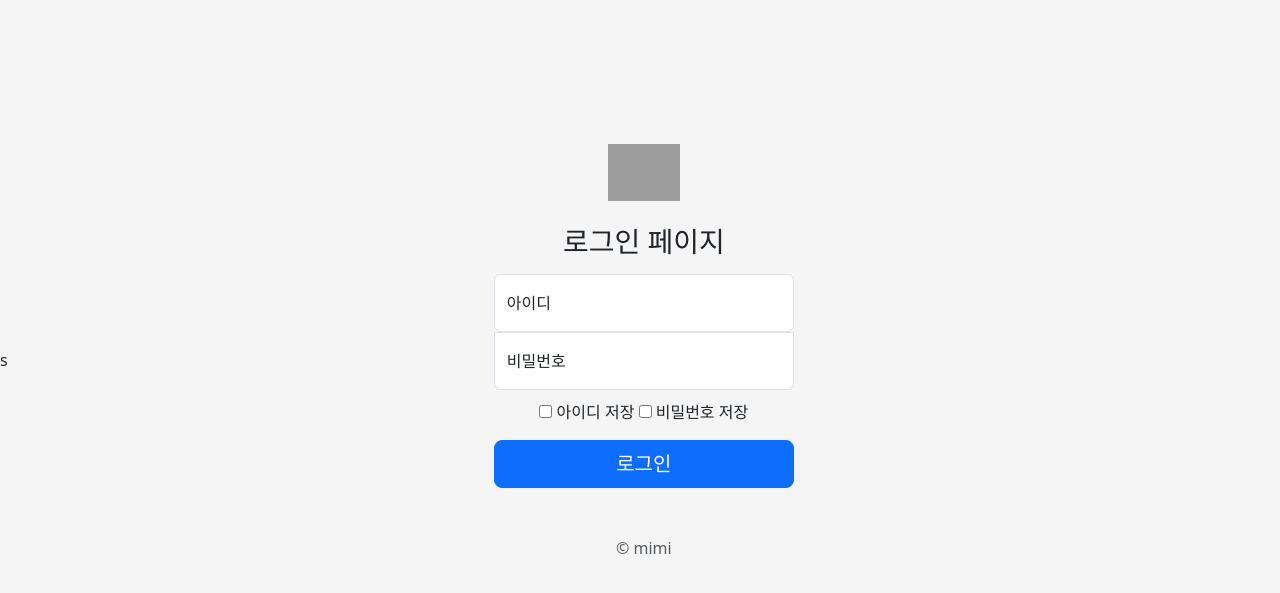
Repository: cheez0909/JSP
Page: http://localhost/1103/session/ServletEX/loginForm.jsp
An editor plug-in stored every save of this project. The page is shown before and after the next save, followed by the edit.
The browser window is 1280 px wide. The pictures show the whole page.
Pictures or frames that could not be fetched are drawn as grey boxes. The page is served by Tomcat 9.

Above is the page before, as saved 2023-11-09 00:54:58.

After the next save:
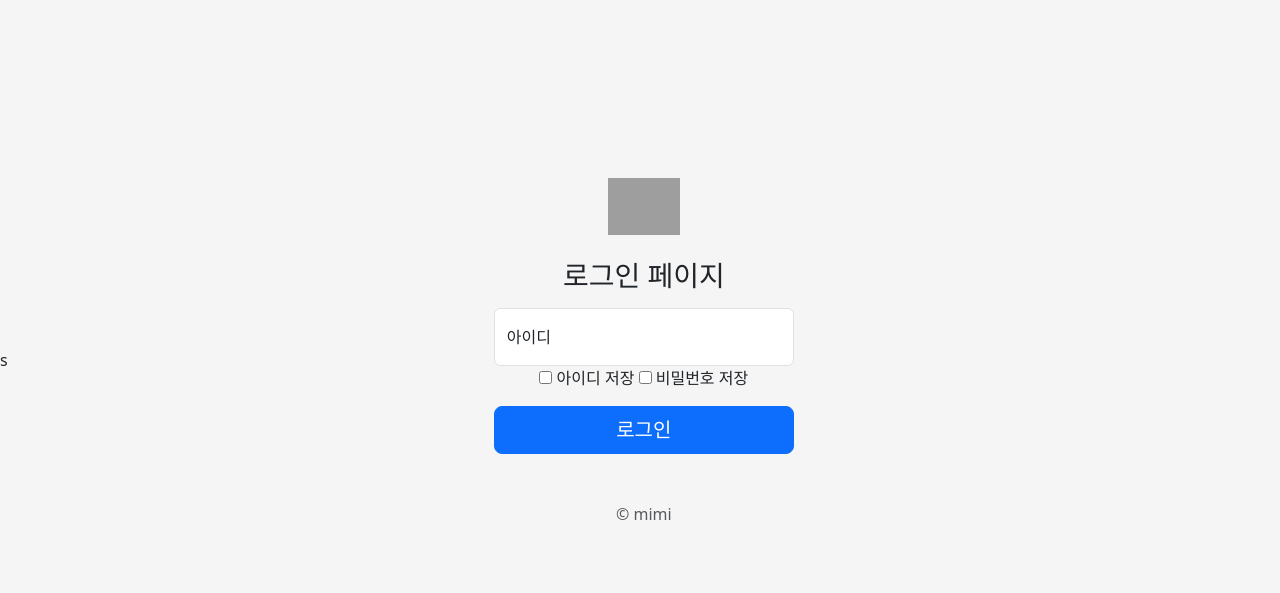
Saved 42 s later.
--- a/1103/src/main/webapp/session/ServletEX/loginForm.jsp
+++ b/1103/src/main/webapp/session/ServletEX/loginForm.jsp
@@ -71,10 +71,7 @@
             <label for="id">아이디</label>
          </div>
 
-         <div class="form-floating">
-            <input type="password" class="form-control" id="pwd" placeholder="Password" name="pw">
-            <label for="pwd">비밀번호</label>
-         </div>
+
 
          <div class="checkbox mb-3">
             <label>

After the save that followed:
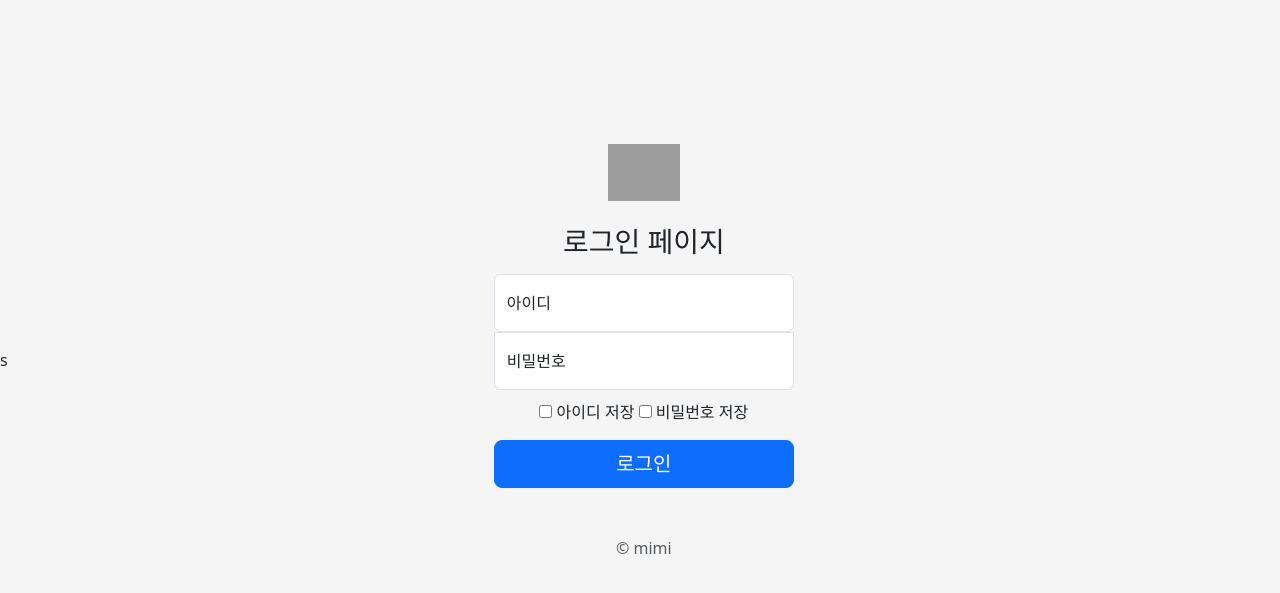
Saved 4 s later.
--- a/1103/src/main/webapp/session/ServletEX/loginForm.jsp
+++ b/1103/src/main/webapp/session/ServletEX/loginForm.jsp
@@ -70,7 +70,10 @@
             <input type="text" class="form-control" id="id" placeholder="아이디 입력..." name="id">
             <label for="id">아이디</label>
          </div>
-
+         <div class="form-floating">
+            <input type="password" class="form-control" id="pwd" placeholder="Password" name="pw">
+            <label for="pwd">비밀번호</label>
+         </div>
 
 
          <div class="checkbox mb-3">
